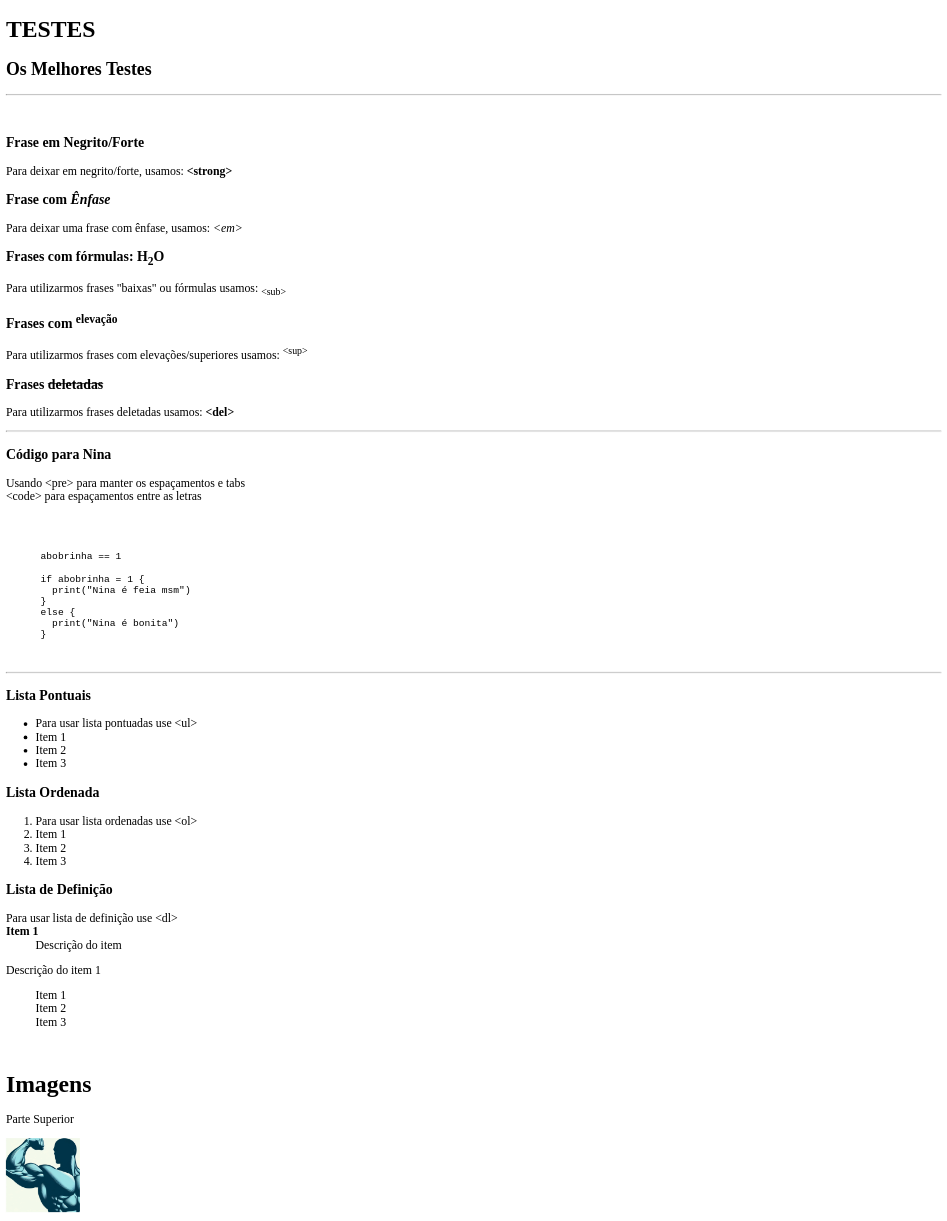
Repository: LuidyOn/Site_Forca_Total
Page: ForçaTotal/teste.html
These files come from the project's save history. The page is drawn as it stood at one moment and after the next save; the edit follows.
The browser window is 1280 px wide. The pictures show the whole page, at 74% of full size.

Above is the page before, as saved 2025-05-15 14:10:07.

After the next save:
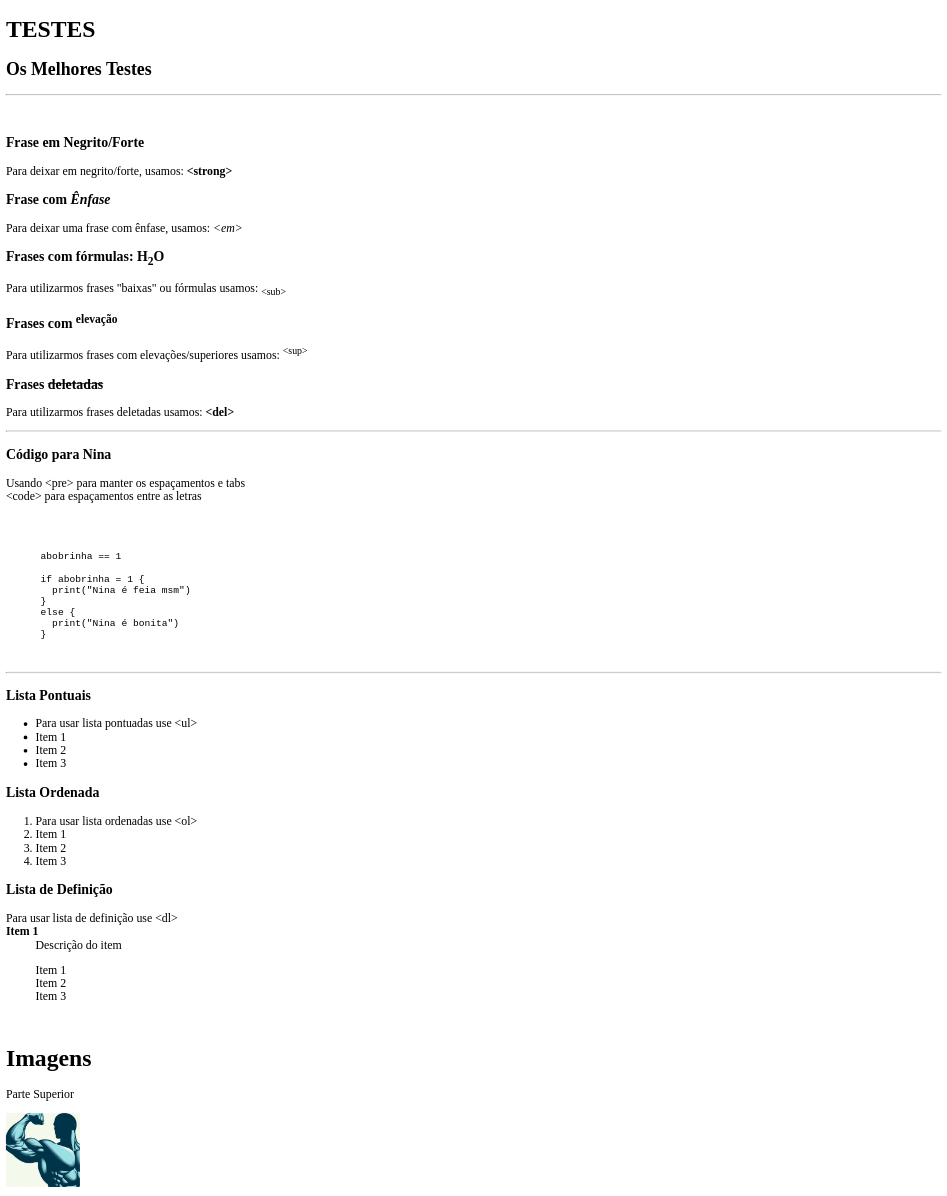
Saved 5 s later.
--- a/ForçaTotal/teste.html
+++ b/ForçaTotal/teste.html
@@ -73,7 +73,6 @@
     <dt>
       <strong>Item 1</strong>
       <dd>Descrição do item</dd>
-      <p>Descrição do item 1</p>
     </dl>
     <dd>Item 1</dd>
     <dd>Item 2</dd>
